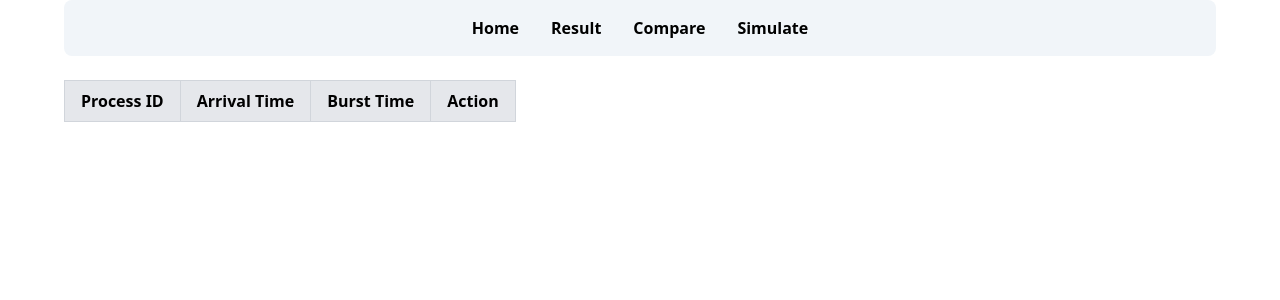
Repository: ujjwalkathait/Process_Scheduler
Page: /simulate
The author's editor kept a copy of each file at every save. The page is drawn from the files as they stood at one save, then again after the next save.
The browser window is 1280 px wide. The pictures show the whole page.
The project was rebuilt for these pictures with package versions that can differ from the ones it lists, and the page was loaded fresh each time. Also part of the build but not shown: vite.config.js, src/components/CompareAlgorithmsChart.jsx, src/components/GanttChart.jsx, src/components/GanttChartTable.jsx, src/helpers/ComputeStatistics.js, src/algorithms/FCFS.js, src/algorithms/SJF.js, src/algorithms/Priority.js and 15 more.

Above is the page before, as saved 2025-05-15 00:39:02.

After the next save:
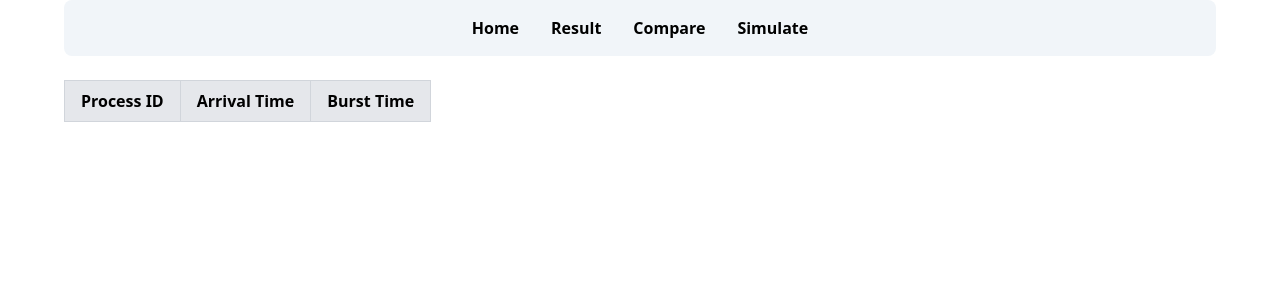
Saved 30 s later.
--- a/src/components/InputTable.jsx
+++ b/src/components/InputTable.jsx
@@ -12,7 +12,6 @@ const InputTable = ({selectedAlgorithm , processes}) => {
             {usesPriority && (
                 <th className="border border-gray-300 px-4 py-2">Priority</th>
             )}
-            <th className="border border-gray-300 px-4 py-2">Action</th> {/* New column for actions */}
             </tr>
         </thead>
         <tbody>
